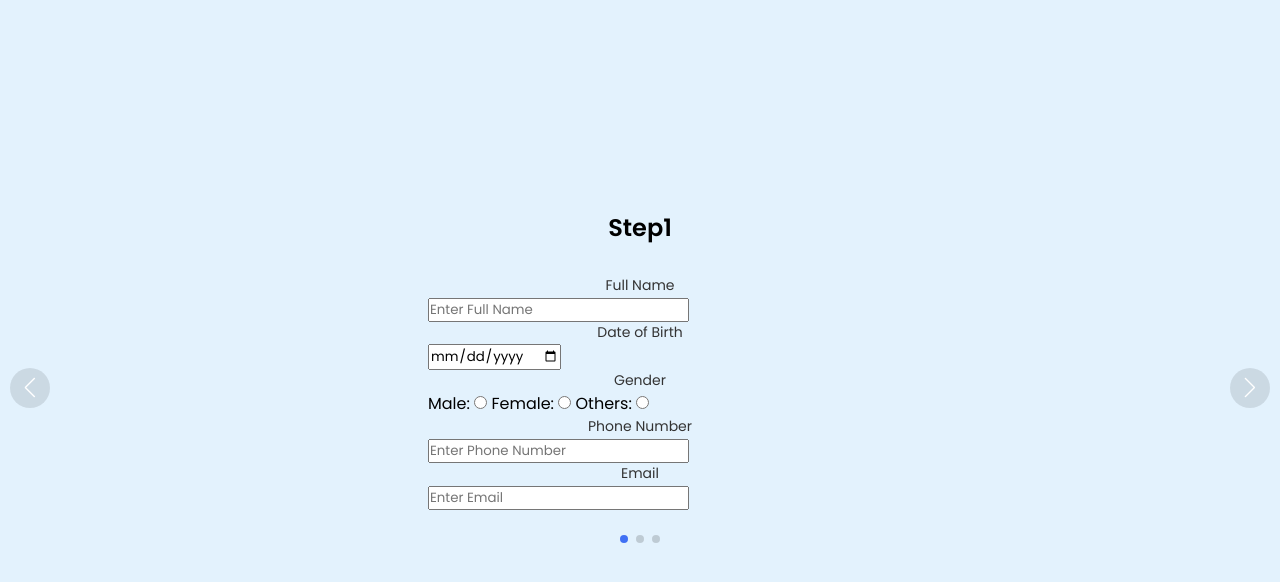
Repository: Habeebur1493/-22-multi-step-form
Page: index.html
The author's editor kept a copy of each file at every save. The page is drawn from the files as they stood at one save, then again after the next save.
The browser window is 1280 px wide. The pictures show the whole page.

Above is the page before, as saved 2024-10-13 12:49:41.

### index.html
<!DOCTYPE html>
<html lang="en">
  <head>
    <meta charset="UTF-8" />
    <meta http-equiv="X-UA-Compatible" content="IE=edge" />
    <meta name="viewport" content="width=device-width, initial-scale=1.0" />
    <title>Responsive Testimonial Slider</title>

    <!-- Swiper CSS -->
    <link rel="stylesheet" href="css/swiper-bundle.min.css" />

    <!-- CSS -->
    <link rel="stylesheet" href="css/style.css" />

    <!-- Boxicons CSS -->
    <link
      href="https://unpkg.com/boxicons@2.1.2/css/boxicons.min.css"
      rel="stylesheet"
    />
  </head>
  <body>
    <section class="container">
      <div class="testimonial mySwiper">
        <div class="testi-content swiper-wrapper">
          <div class="slide swiper-slide">
            <h1>Step1</h1>
            <form action="">
              <p>Full Name</p>
              <input type="text" placeholder="Enter Full Name" />
              <br>
              <p>Date of Birth</p>
              <input type="date" placeholder="Date of Birth" />
              <br>
              <p>Gender</p>
              Male:
              <input type="radio" name="Gender:" id="">
              Female:
              <input type="radio" name="Gender:" id="">
              Others:
              <input type="radio" name="Gender:" id="">
              <br>
              <p>Phone Number</p>
              <input type="number" placeholder="Enter Phone Number" />
              <br>
              <p>Email</p>
              <input type="email" placeholder="Enter Email" />

            </form>
          </div>
          <div class="slide swiper-slide">

            <p>
              Lorem ipsum dolor sit amet, consectetur adipisicing elit. Aperiam,
              saepe provident dolorem a quaerat quo error facere nihil deleniti
              eligendi ipsum adipisci, fugit, architecto amet asperiores
              doloremque deserunt eum nemo.
            </p>

            <i class="bx bxs-quote-alt-left quote-icon"></i>

            <div class="details">
              <span class="name">Marnie Lotter</span>
              <span class="job">Web Developer</span>
            </div>
          </div>
          <div class="slide swiper-slide">

            <p>
              Lorem ipsum dolor sit amet, consectetur adipisicing elit. Aperiam,
              saepe provident dolorem a quaerat quo error facere nihil deleniti
              eligendi ipsum adipisci, fugit, architecto amet asperiores
              doloremque deserunt eum nemo.
            </p>

            <i class="bx bxs-quote-alt-left quote-icon"></i>

            <div class="details">
              <span class="name">Marnie Lotter</span>
              <span class="job">Web Developer</span>
            </div>
          </div>
        </div>
        <div class="swiper-button-next nav-btn"></div>
        <div class="swiper-button-prev nav-btn"></div>
        <div class="swiper-pagination"></div>
      </div>
    </section>

    <!-- Swiper JS -->
    <script src="js/swiper-bundle.min.js"></script>

    <!-- JavaScript -->
    <script src="js/script.js"></script>
  </body>
</html>

### css/style.css
/* Google Fonts - Poppins */
@import url("https://fonts.googleapis.com/css2?family=Poppins:wght@300;400;500;600&display=swap");

* {
  margin: 0;
  padding: 0;
  box-sizing: border-box;
  font-family: "Poppins", sans-serif;
}
.container {
  height: 100vh;
  width: 100%;
  display: flex;
  align-items: center;
  justify-content: center;
  background-color: #e3f2fd;
}
.testimonial {
  position: relative;
  max-width: 1400px;
  width: 100%;
  padding: 50px 0;
  overflow: hidden;
}
.testimonial .image {
  height: 170px;
  width: 170px;
  object-fit: cover;
  border-radius: 50%;
}
.testimonial .slide {
  display: flex;
  align-items: center;
  justify-content: center;
  flex-direction: column;
  row-gap: 30px;
  height: 100%;
  width: 100%;
}
.slide p {
  text-align: center;
  padding: 0 160px;
  font-size: 14px;
  font-weight: 400;
  color: #333;
}
.slide .quote-icon {
  font-size: 30px;
  color: #4070f4;
}
.slide .details {
  display: flex;
  flex-direction: column;
  align-items: center;
}
.details .name {
  font-size: 14px;
  font-weight: 600;
  color: #333;
}
.details .job {
  font-size: 12px;
  font-weight: 400;
  color: #333;
}
/* swiper button css */
.nav-btn {
  height: 40px;
  width: 40px;
  border-radius: 50%;
  transform: translateY(30px);
  background-color: rgba(0, 0, 0, 0.1);
  transition: 0.2s;
}
.nav-btn:hover {
  background-color: rgba(0, 0, 0, 0.2);
}
.nav-btn::after,
.nav-btn::before {
  font-size: 20px;
  color: #fff;
}
.swiper-pagination-bullet {
  background-color: rgba(0, 0, 0, 0.8);
}
.swiper-pagination-bullet-active {
  background-color: #4070f4;
}
@media screen and (max-width: 768px) {
  .slide p {
    padding: 0 20px;
  }
  .nav-btn {
    display: none;
  }
}

### js/script.js
var swiper = new Swiper(".mySwiper", {
  slidesPerView: 1,
  grabCursor: true,
  loop: true,
  pagination: {
    el: ".swiper-pagination",
    clickable: true,
  },
  navigation: {
    nextEl: ".swiper-button-next",
    prevEl: ".swiper-button-prev",
  },
});

Loaded but not shown: css/swiper-bundle.min.css (library); js/swiper-bundle.min.js (library)

After the next save:
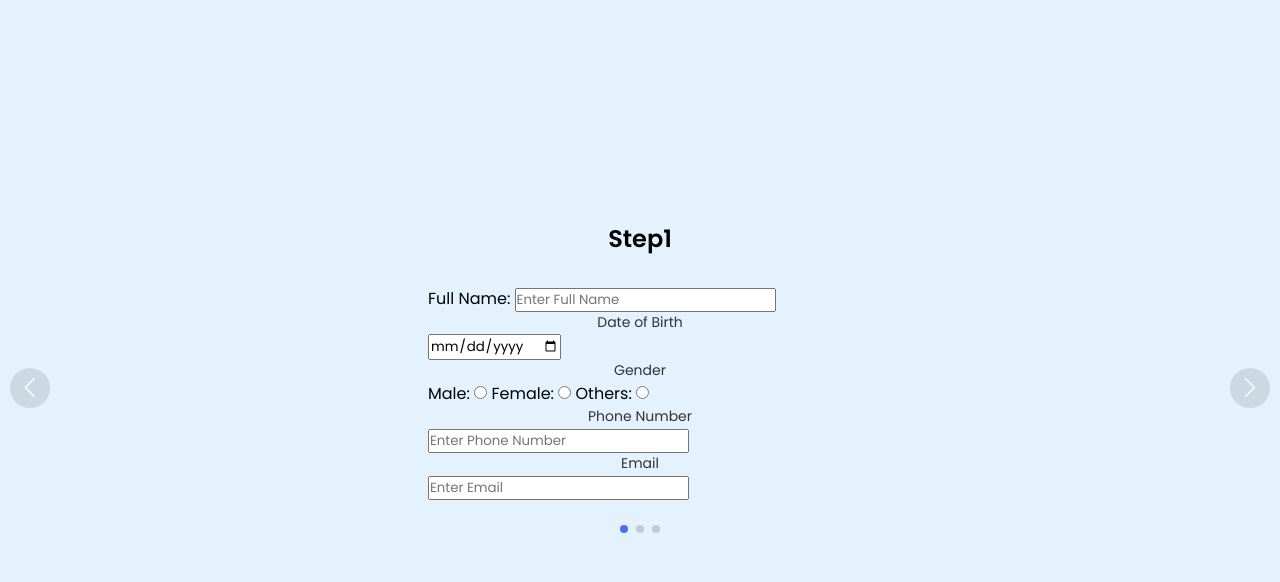
Saved 47 s later.
--- a/index.html
+++ b/index.html
@@ -25,7 +25,7 @@
           <div class="slide swiper-slide">
             <h1>Step1</h1>
             <form action="">
-              <p>Full Name</p>
+              Full Name:
               <input type="text" placeholder="Enter Full Name" />
               <br>
               <p>Date of Birth</p>
